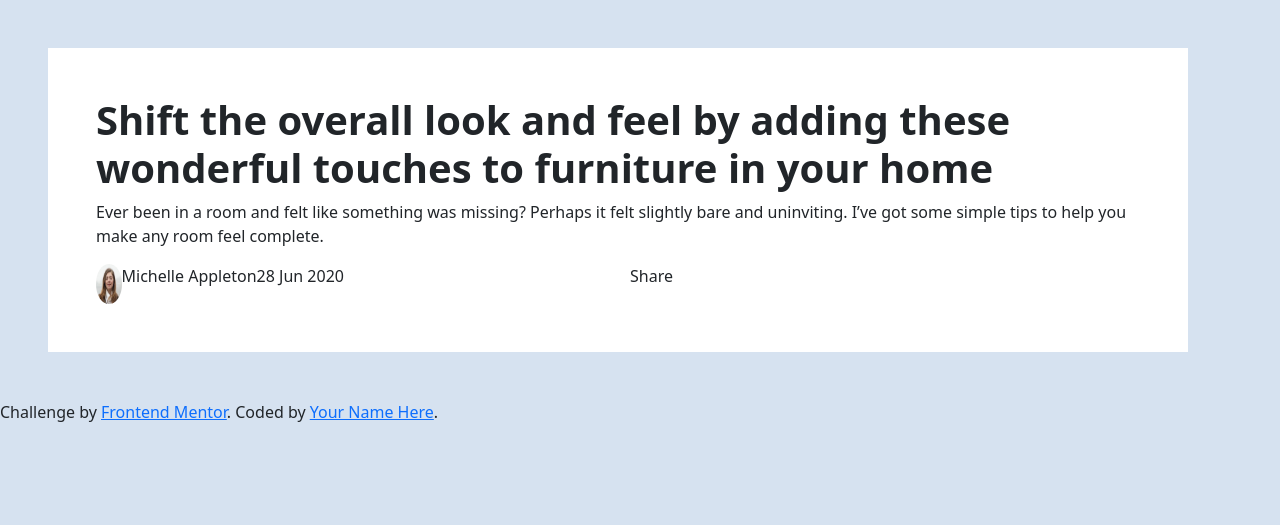
Repository: blordeus/article-preview-component
Page: index.html
These files come from the project's save history. The page is drawn as it stood at one moment and after the next save; the edit follows.
The browser window is 1280 px wide. The pictures show the whole page.

Above is the page before, as saved 2024-05-17 10:35:01.

After the next save:
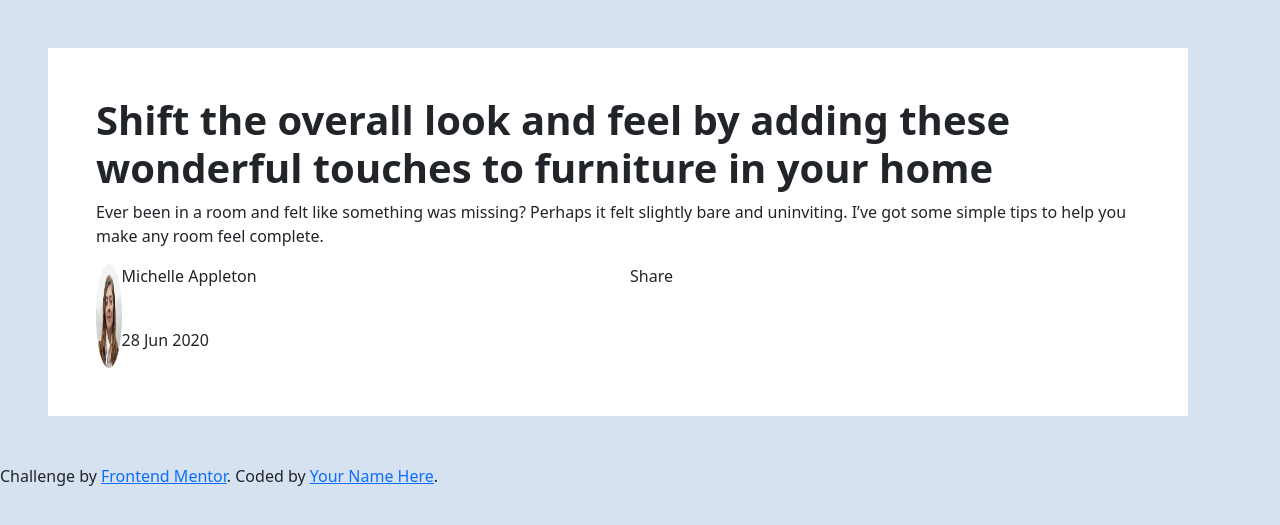
Saved 32 s later.
--- a/index.html
+++ b/index.html
@@ -26,9 +26,11 @@
       <div class="row">
         <div class="col d-flex">
           <img id="avatar" src="./images/avatar-michelle.jpg" alt="michelle">
-            <p>Michelle Appleton</p>
-            <br>
-            <p>28 Jun 2020</p>
+            <div>
+              <p>Michelle Appleton</p>
+              <br>
+              <p>28 Jun 2020</p>
+            </div>
           </div>
           <div class="col">Share</div>
         </div>
